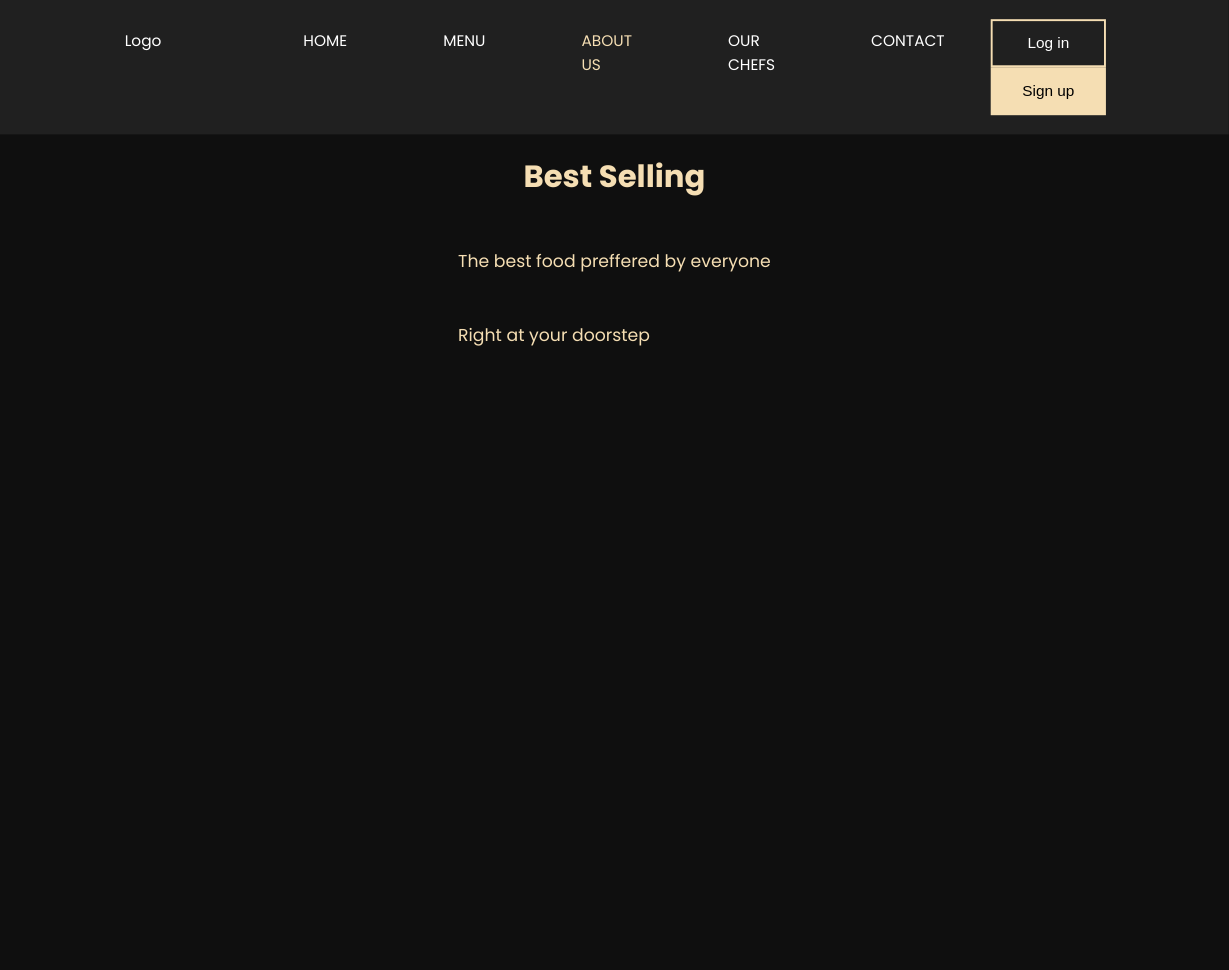
Repository: ThisIsSahaj/NSP
Page: about.html
An editor plug-in stored every save of this project. The page is shown before and after the next save, followed by the edit.
The browser window is 1280 px wide. The pictures show the whole page, at 96% of full size.

Above is the page before, as saved 2023-12-26 22:05:16.

After the next save:
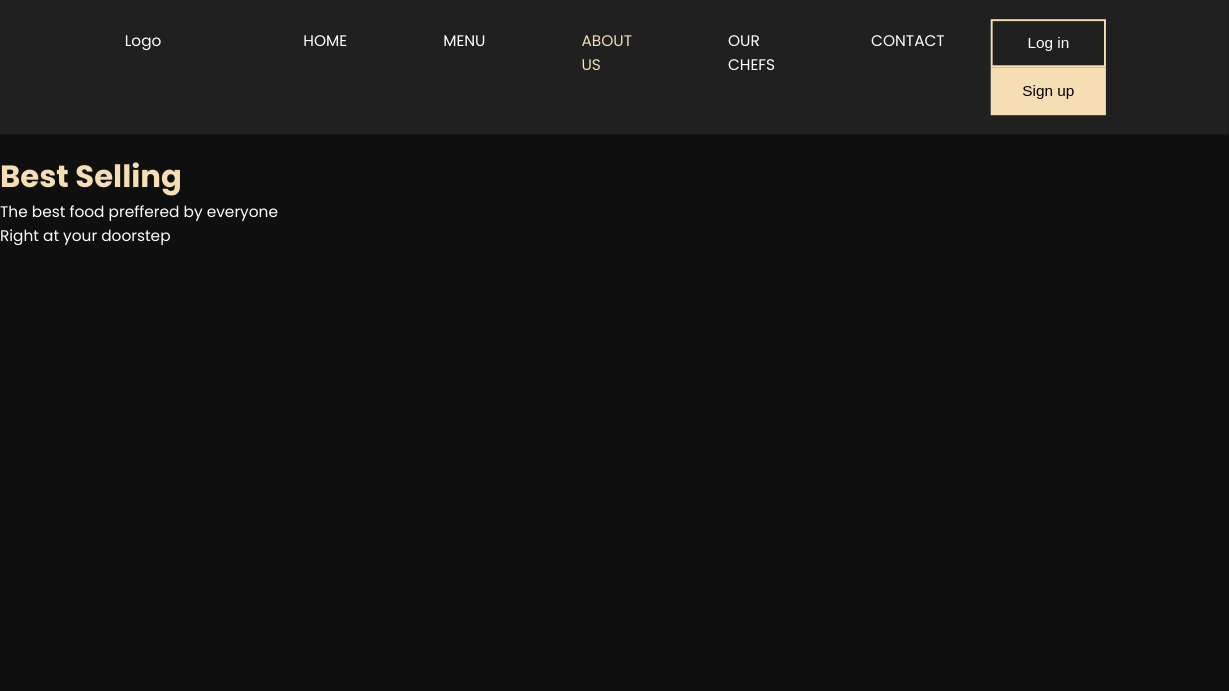
Saved 27 s later.
--- a/about.html
+++ b/about.html
@@ -30,8 +30,8 @@
     </nav>
 </header>
 
-<div class="sec2">
-    <h1 style="color: wheat; margin-top: 20px;">Best Selling</h1>
+<div class="about">
+    <h1 style="color: wheat; margin-top: 20px; ">Best Selling</h1>
     <div>
         <p>The best food preffered by everyone</p>
         <p>Right at your doorstep</p>
